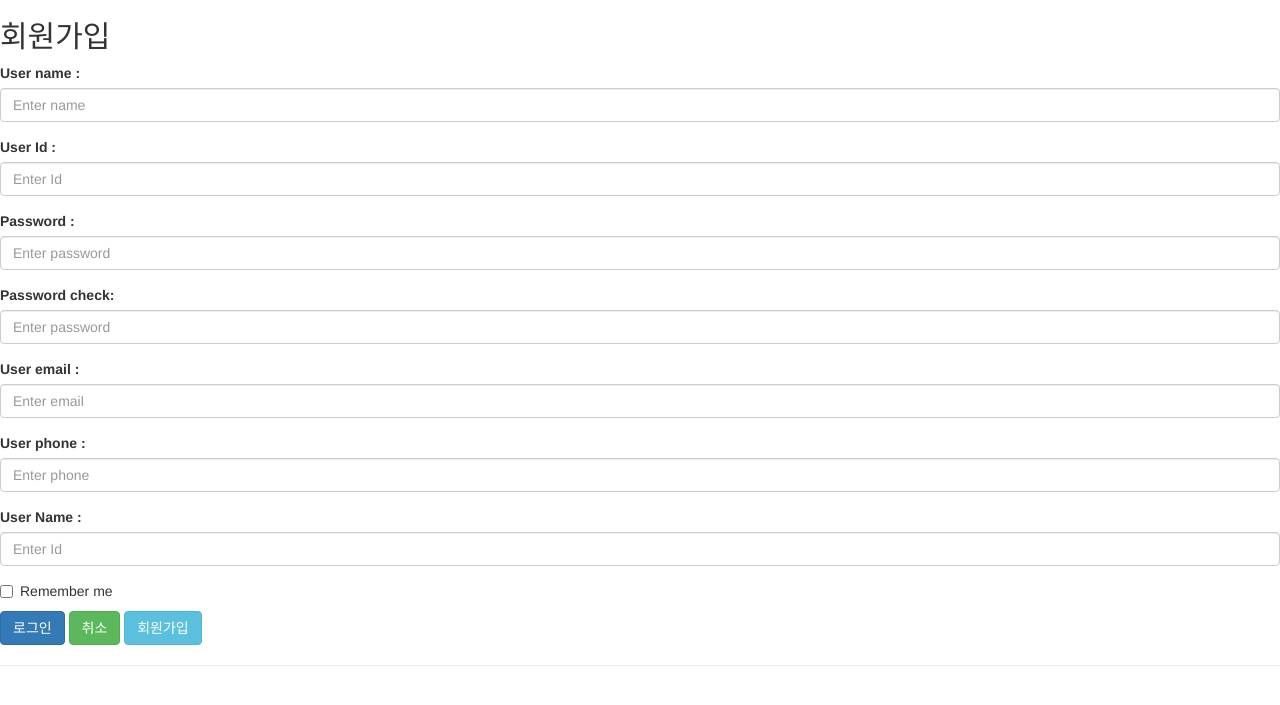
Repository: yjeongyjeong/jsp
Page: http://localhost/web-study-09-re/member/join.jsp
An editor plug-in stored every save of this project. The page is shown before and after the next save, followed by the edit.
The browser window is 1280 px wide. The pictures show the whole page.
The page is served by Tomcat 9.

Above is the page before, as saved 2023-10-16 06:25:48.

After the next save:
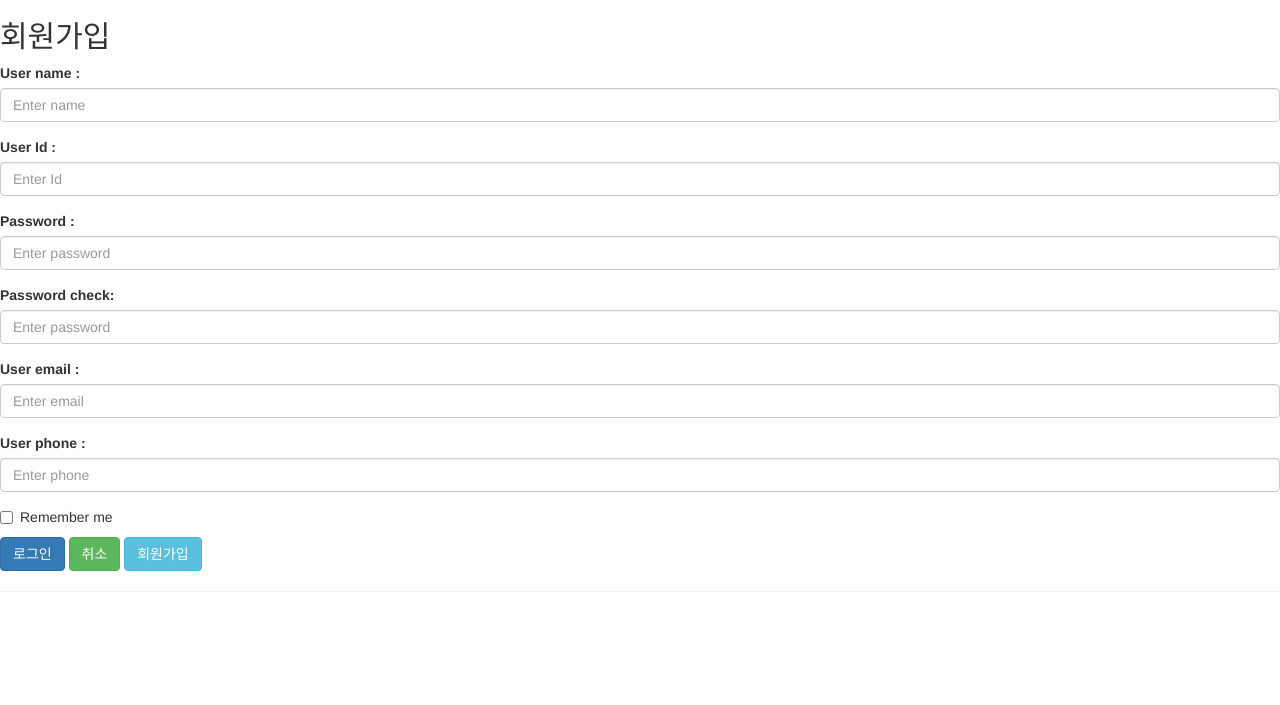
Saved 41 s later.
--- a/web-study-09-re/src/main/webapp/member/join.jsp
+++ b/web-study-09-re/src/main/webapp/member/join.jsp
@@ -51,11 +51,6 @@
 				class="form-control" id="phone" placeholder="Enter phone"
 				name="phone">
 		</div>
-		<div class="form-group">
-			<label for="userid">User Name :</label> <input type="text"
-				class="form-control" id="userid" placeholder="Enter Id"
-				name="userid">
-		</div>
 		<div class="checkbox">
 			<label><input type="checkbox" name="remember">
 				Remember me</label>
